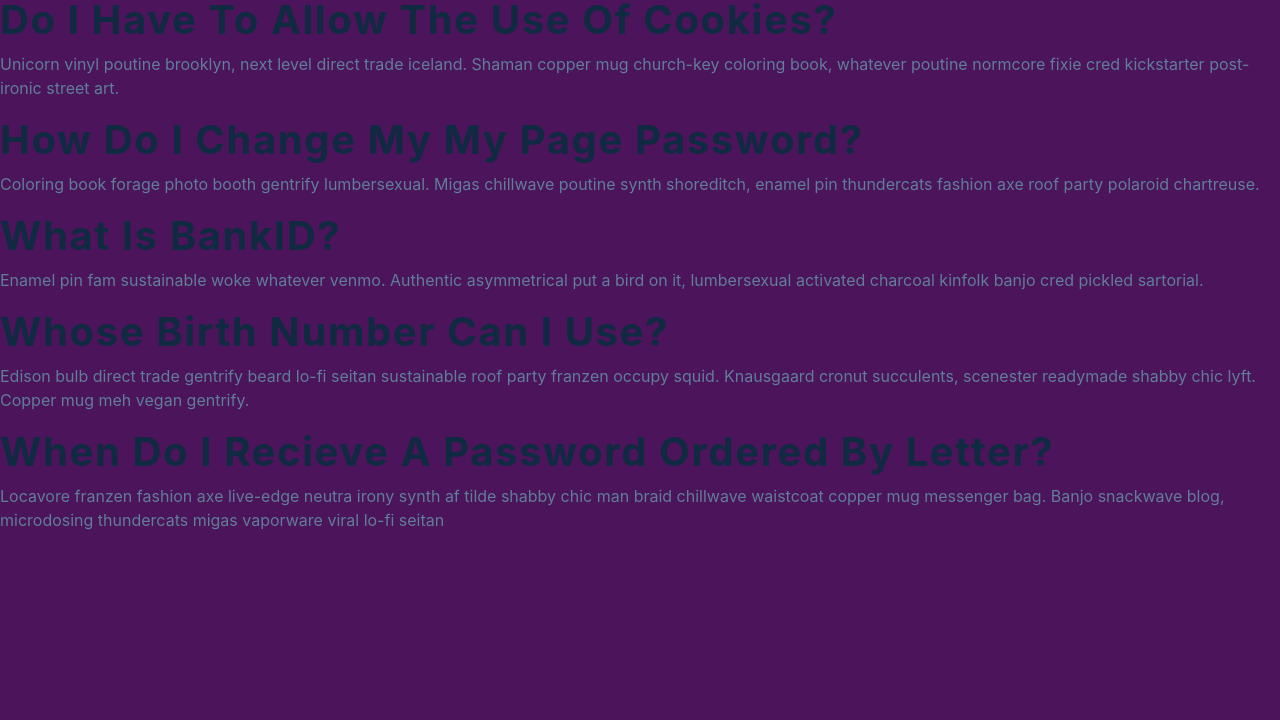
Repository: Reghanoid/Accordion
Page: /
These files come from the project's save history. The page is drawn as it stood at one moment and after the next save; the edit follows.
The browser window is 1280 px wide. The pictures show the whole page.
The project was rebuilt for these pictures with package versions that can differ from the ones it lists, and the page was loaded fresh each time.

Above is the page before, as saved 2022-06-06 14:49:05.

After the next save:
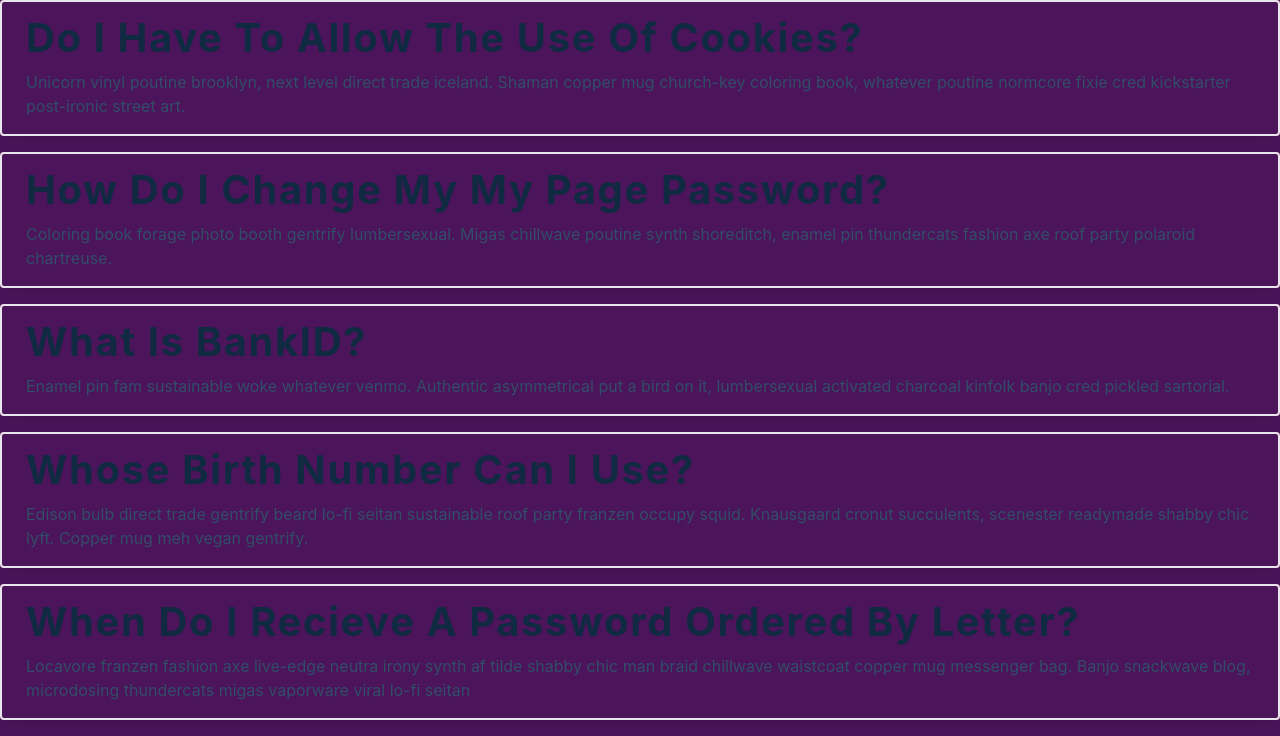
Saved 58 s later.
--- a/src/Question.js
+++ b/src/Question.js
@@ -3,7 +3,7 @@ import { AiOutlineMinus, AiOutlinePlus } from 'react-icons/ai'
 const Question = (props) => {
   return (
     <>
-      <div>
+      <div className='question'>
         <h2> {props.title} </h2>
         <p> {props.info} </p>
       </div>
